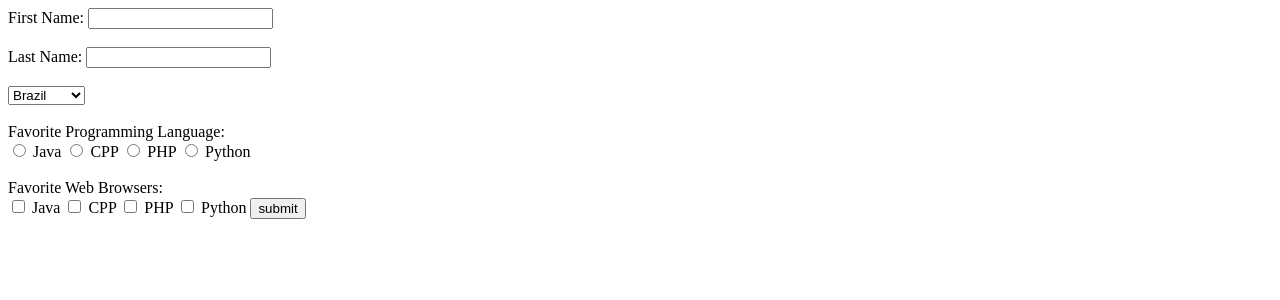
Repository: PNSVN3035/excelr-evening-full-stack
Page: ExcelREvening/Backend/servlets/03-JSPsOnIDE/02-reading-html-data-with-jsp/src/main/webapp/04-student-checkbox-form.html
These files come from the project's save history. The page is drawn as it stood at one moment and after the next save; the edit follows.
The browser window is 1280 px wide. The pictures show the whole page.

Above is the page before, as saved 2024-05-18 23:13:44.

### ExcelREvening/Backend/servlets/03-JSPsOnIDE/02-reading-html-data-with-jsp/src/main/webapp/04-student-checkbox-form.html
<!DOCTYPE html>
<html>
	<head>
		<meta charset="ISO-8859-1">
		<title>Student Registration Form</title>
	</head>
	<body>
		<form action="04-student-checkbox-response.jsp"/>
			First Name: <input type="text" name="firstName"/>
			<br/><br/>
			Last Name: <input type="text" name="lastName"/>
			<br/><br/>
			<select name="country">
				<option>Brazil</option>
				<option>France</option>
				<option>Germany</option>
				<option>India</option>
				<option>Turkey</option>
				<option>US</option>
				<option>UK</option>
			</select>
			<br/><br/>
			Favorite Programming Language: <br/>
			<input type="radio" name="favoriteLanguage" value="Java"/> Java
			<input type="radio" name="favoriteLanguage" value="CPP"/> CPP
			<input type="radio" name="favoriteLanguage" value="PHP"/> PHP
			<input type="radio" name="favoriteLanguage" value="Python"/> Python
			<br/><br/>

			Favorite Web Browsers: <br/>
			<input type="checkbox" name="favoriteBrowsers" value="Java"/> Java
			<input type="checkbox" name="favoriteBrowsers" value="CPP"/> CPP
			<input type="checkbox" name="favoriteBrowsers" value="PHP"/> PHP
			<input type="checkbox" name="favoriteBrowsers" value="Python"/> Python


			<input type="submit" value="submit"/>
	</body>
</html>

After the next save:
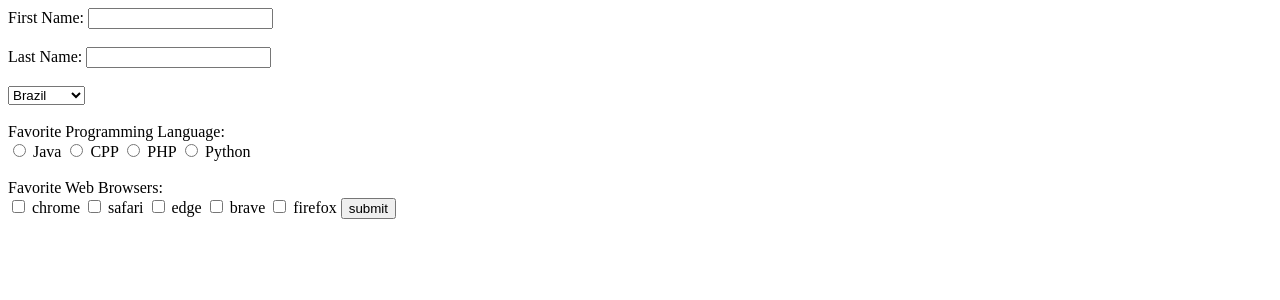
Saved 65 s later.
--- a/ExcelREvening/Backend/servlets/03-JSPsOnIDE/02-reading-html-data-with-jsp/src/main/webapp/04-student-checkbox-form.html
+++ b/ExcelREvening/Backend/servlets/03-JSPsOnIDE/02-reading-html-data-with-jsp/src/main/webapp/04-student-checkbox-form.html
@@ -28,10 +28,11 @@
 			<br/><br/>
 
 			Favorite Web Browsers: <br/>
-			<input type="checkbox" name="favoriteBrowsers" value="Java"/> Java
-			<input type="checkbox" name="favoriteBrowsers" value="CPP"/> CPP
-			<input type="checkbox" name="favoriteBrowsers" value="PHP"/> PHP
-			<input type="checkbox" name="favoriteBrowsers" value="Python"/> Python
+			<input type="checkbox" name="favoriteBrowsers" value="chrome"/> chrome
+			<input type="checkbox" name="favoriteBrowsers" value="safari"/> safari
+			<input type="checkbox" name="favoriteBrowsers" value="edge"/> edge
+			<input type="checkbox" name="favoriteBrowsers" value="brave"/> brave
+			<input type="checkbox" name="favoriteBrowsers" value="firefox"/> firefox
 
 
 			<input type="submit" value="submit"/>
